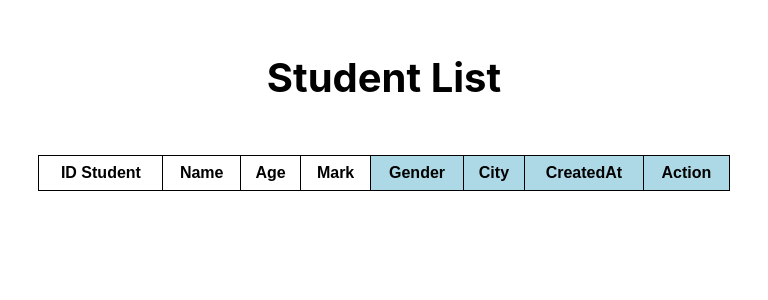
Repository: haminhdat1407/react-api-student
Page: /
These files come from the project's save history. The page is drawn as it stood at one moment and after the next save; the edit follows.
The browser window is 768 px wide. The pictures show the whole page.
The page's requests for data from a server got no answer. The project was rebuilt for these pictures with package versions that can differ from the ones it lists, and the page was loaded fresh each time. No one was signed in, and anything a server would have sent is missing. Also part of the build but not shown: src/styles.css.

Above is the page before, as saved 2022-03-12 14:54:13.

### public/index.html
<!DOCTYPE html>
<html lang="en">
  <head>
    <meta charset="utf-8" />
    <link rel="icon" href="%PUBLIC_URL%/favicon.ico" />
    <meta name="viewport" content="width=device-width, initial-scale=1" />
    <meta name="theme-color" content="#000000" />
    <meta
      name="description"
      content="Web site created using create-react-app"
    />
    <link rel="apple-touch-icon" href="%PUBLIC_URL%/logo192.png" />
    <link rel="stylesheet" href="https://cdnjs.cloudflare.com/ajax/libs/font-awesome/6.0.0/css/all.min.css" integrity="sha512-9usAa10IRO0HhonpyAIVpjrylPvoDwiPUiKdWk5t3PyolY1cOd4DSE0Ga+ri4AuTroPR5aQvXU9xC6qOPnzFeg==" crossorigin="anonymous" referrerpolicy="no-referrer" />
    <!--
      manifest.json provides metadata used when your web app is installed on a
      user's mobile device or desktop. See https://developers.google.com/web/fundamentals/web-app-manifest/
    -->
    <link rel="manifest" href="%PUBLIC_URL%/manifest.json" />
    <!--
      Notice the use of %PUBLIC_URL% in the tags above.
      It will be replaced with the URL of the `public` folder during the build.
      Only files inside the `public` folder can be referenced from the HTML.

      Unlike "/favicon.ico" or "favicon.ico", "%PUBLIC_URL%/favicon.ico" will
      work correctly both with client-side routing and a non-root public URL.
      Learn how to configure a non-root public URL by running `npm run build`.
    -->
    <title>React App</title>
  </head>
  <body>
    <noscript>You need to enable JavaScript to run this app.</noscript>
    <div id="root"></div>
    <!--
      This HTML file is a template.
      If you open it directly in the browser, you will see an empty page.

      You can add webfonts, meta tags, or analytics to this file.
      The build step will place the bundled scripts into the <body> tag.

      To begin the development, run `npm start` or `yarn start`.
      To create a production bundle, use `npm run build` or `yarn build`.
    -->
  </body>
</html>

### src/App.js
import { useEffect, useState } from 'react';
import studentApi from './apis/studentApi';
import StudentList from './components/StudentList';
import './styles.css';

export default function App() {
  const [studentList, setStudentList] = useState([]);
  const [idRemove, setIdRemove] = useState('');

  // get All
  useEffect(() => {
    try {
      (async () => {
        const responseStudent = await studentApi.getAll();
        setStudentList(responseStudent);
      })();
    } catch (error) {
      console.log(error);
    }
  }, []);

  //remove
  useEffect(() => {
    try {
      if (idRemove) {
        (async () => {
          const studentRemove = await studentApi.removeStudentByID(idRemove);
        })();
      }
    } catch (error) {
      console.log(error);
    }
  }, [idRemove]);
  const handleRemoveUser = (idDeleted) => {
    setIdRemove(idDeleted);

    const newStudentList = studentList.filter((student) => {
      // tra ve 1 mang moi...khong co id can xoa
      return student.id !== idDeleted;
    });
    setStudentList(newStudentList);
  };
  //  [dat01, dat02]].lenn 2 2

  //  id : "dat" + (data.lenght + 1)
  //  6 filed
  return (
    <>
      <StudentList data={studentList} onRemove={handleRemoveUser} />
    </>
  );
}

### src/apis/studentApi.js
import axiosClient from './axiosClient';

const studentApi = {
  getAll() {
    const url = `students`;
    return axiosClient.get(url);
  },

  removeStudentByID(id) {
    const url = `students/${id}`;
    return axiosClient.delete(url);
  },
};

export default studentApi;

### src/components/StudentList/index.jsx
import React from 'react';
import PropTypes from 'prop-types';
import './style.css';
import dayjs from 'dayjs';

StudentList.propTypes = {
  data: PropTypes.array,
  onRemove: PropTypes.func,
};

function StudentList({ data, onRemove }) {
  const handleRemove = (id) => {
    onRemove(id);
  };
  return (
    <div className='container'>
      <h4 className='student_title'>Student List</h4>
      <div className='student_list'>
        <table className='table_student'>
          <tbody>
            <tr>
              <th>ID Student</th>
              <th>Name</th>
              <th>Age</th>
              <th>Mark</th>
              <th className='res'>Gender</th>
              <th className='res'>City</th>
              <th className='res'>CreatedAt</th>
              <th className='res'>Action</th>
            </tr>

            {data.map((item) => (
              <tr key={item.id}>
                <td>{item.id}</td>
                <td>{item.name}</td>
                <td>{item.age}</td>
                <td>{item.mark}</td>
                <td>{item.gender}</td>
                <td>{item.city}</td>
                <td>{dayjs(item.createdAt).format('DD/MM/YYYY')}</td>
                <td className='delete_btn'>
                  <i
                    className='fa-solid fa-delete-left'
                    onClick={() => handleRemove(item.id)}
                  ></i>
                </td>
              </tr>
            ))}
          </tbody>
        </table>
      </div>
    </div>
  );
}

export default StudentList;

### src/apis/axiosClient.js
import axios from 'axios';

const axiosClient = axios.create({
  baseURL: 'https://js-post-api.herokuapp.com/api/',
  headers: {
    'Content-Type': 'application/json',
  },
});

axiosClient.interceptors.request.use(
  function (config) {
    return config;
  },
  function (error) {
    return Promise.reject(error);
  }
);

// Add a response interceptor
axiosClient.interceptors.response.use(
  function (response) {
    return response.data;
  },
  function (error) {
    return Promise.reject(error);
  }
);

export default axiosClient;

### src/components/StudentList/style.css
table {
  font-family: arial, sans-serif;
  border-collapse: collapse;
  width: 100%;
}

td,
th {
  border: 1px solid #000;
  text-align: left;
  padding: 8px;
  text-align: center;
}

tr:nth-child(even) {
  background-color: #dddddd;
}
.student_title {
  text-align: center;
  font-size: 40px;
}
.student_list {
  width: 90%;
  margin: 20px auto;
}
.delete_btn {
  cursor: pointer;
  color: red;
}

@media only screen and (max-width: 900px) {
  .res {
    background-color: lightblue;
  }
}

Loaded but not shown: src/index.js (common file); src/index.css (common file); src/reportWebVitals.js (common file)

After the next save:
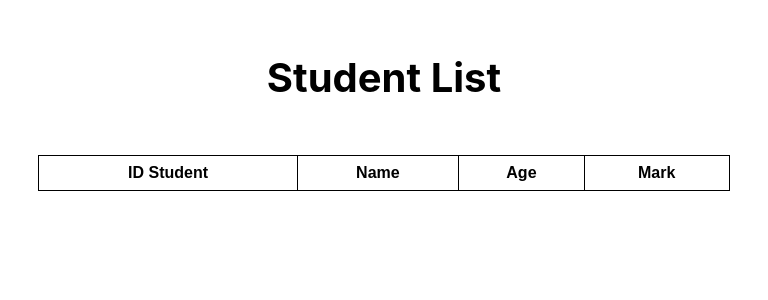
Saved 8 s later.
--- a/src/components/StudentList/style.css
+++ b/src/components/StudentList/style.css
@@ -30,6 +30,6 @@ tr:nth-child(even) {
 
 @media only screen and (max-width: 900px) {
   .res {
-    background-color: lightblue;
+    display: none;
   }
 }
